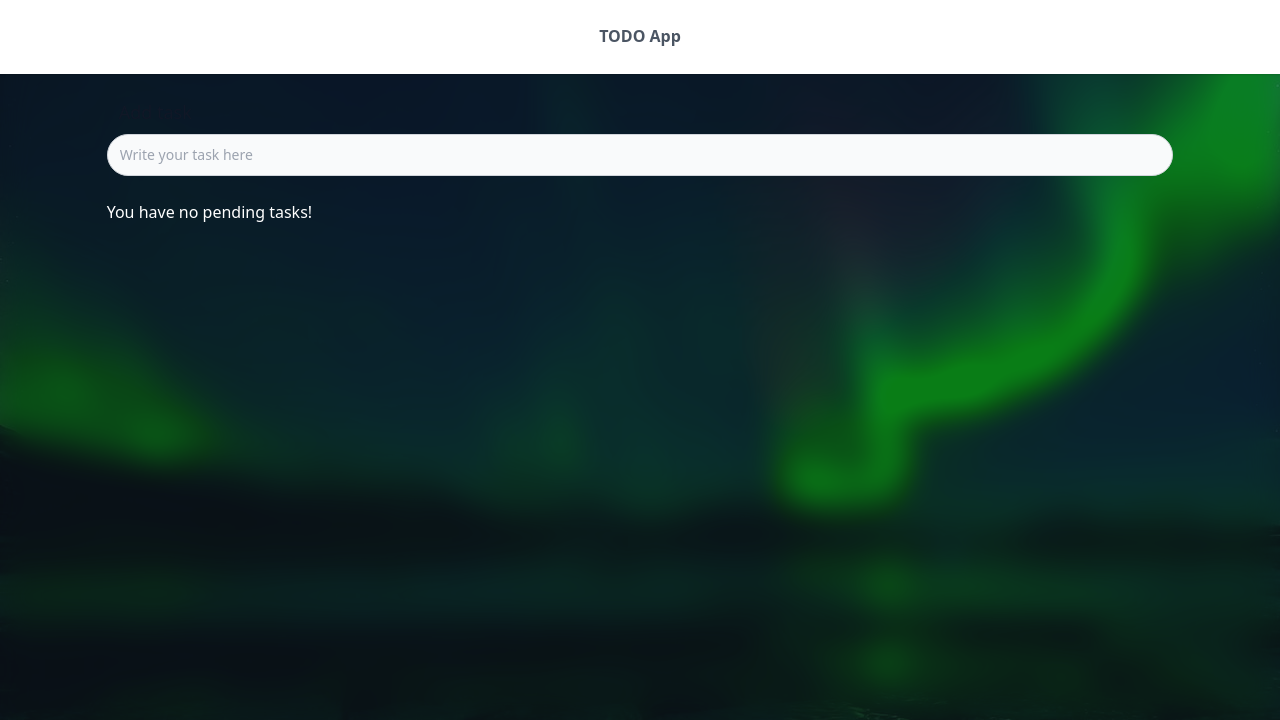
Repository: mikelCabezas/angular-exercices
Page: / (app in TODO/)
These files come from the project's save history. The page is drawn as it stood at one moment and after the next save; the edit follows.
The browser window is 1280 px wide. The pictures show the whole page.
The project was rebuilt for these pictures with package versions that can differ from the ones it lists, and the page was loaded fresh each time. Some packages were replaced by stand-ins written for this rebuild. Also part of the build but not shown: TODO/angular.json.

Above is the page before, as saved 2023-09-14 23:30:05.

### TODO/src/index.html
<!doctype html>
<html lang="en">
    <head>
        <meta charset="utf-8">
        <title>TODO</title>
        <base href="/">
        <meta name="viewport" content="width=device-width, initial-scale=1">
        <link rel="icon" type="image/x-icon" href="favicon.ico">
        <link rel="stylesheet" href="https://fonts.googleapis.com/css2?family=Material+Symbols+Rounded:opsz,wght,FILL,GRAD@20..48,100..700,0..1,-50..200">
    </head>
    <body>
        <app-root></app-root>
    </body>
</html>

### TODO/src/styles.css
@tailwind base;
@tailwind components;
@tailwind utilities;

body {
    background-image: url('./assets/boreal-sky.jpeg');
}

### TODO/src/app/app.module.ts
import { NgModule } from '@angular/core';
import { BrowserModule } from '@angular/platform-browser';
import { FormsModule } from '@angular/forms';

import { AppComponent } from './app.component';
import { NavbarComponent } from './components/navbar/navbar.component';
import { TasksComponent } from './components/tasks/tasks.component';

@NgModule({
  declarations: [
    AppComponent,
    NavbarComponent,
    TasksComponent
  ],
  imports: [
    BrowserModule,
    FormsModule
  ],
  providers: [],
  bootstrap: [AppComponent]
})
export class AppModule { }

### TODO/src/app/app.component.ts
import { Component } from '@angular/core';

@Component({
  selector: 'app-root',
  templateUrl: './app.component.html',
  styleUrls: ['./app.component.css']
})
export class AppComponent {
  title = 'TODO';
}

### TODO/src/app/components/tasks/tasks.component.ts
import { Component, OnInit } from '@angular/core';
import { Task } from 'src/app/models/Task';

@Component({
  selector: 'app-tasks',
  templateUrl: './tasks.component.html',
  styleUrls: ['./tasks.component.css']
})
export class TasksComponent implements OnInit {

  tasksList: Task[] = []
  taskName = ''

  constructor() { }

  ngOnInit(): void {

  }

  addTask() {
    const task: Task = {
      name: this.taskName,
      status: false
    }

    this.tasksList.push(task)
    this.taskName = ''
  }

  deleteTask(index: number): void {
    this.tasksList.splice(index, 1)
  }

  updateTask(task: Task, index: number) {
    this.tasksList[index].status = !task.status
  }
}

### TODO/src/app/app.component.html
<div class="root min-w-screen min-h-screen bg-gray-900Z bg-[#11192890] backdrop-saturate-200 backdrop-blur-lg">
    <app-navbar/>
    <app-tasks/>
</div>

### TODO/src/app/components/navbar/navbar.component.html
<nav class="bg-white shadow dark:bg-gray-800">
    <div class="container flex items-center justify-center p-6 mx-auto text-gray-600 capitalize dark:text-gray-300">
        <a href="#" class="border-b-2 border-transparent hover:text-gray-800 dark:hover:text-gray-200 hover:border-blue-500 mx-1.5 sm:mx-6 font-bold">
            TODO App
        </a>
    </div>
</nav>

### TODO/src/app/components/tasks/tasks.component.html
<div class="container flex justify-center w-full mx-auto">
    <div class="row w-full">
        <div class="form w-10/12 mx-auto mt-6">
            <label for="first_name" class="block mb-2 text-lg pl-3 font-medium text-gray-900 dark:text-white">Add task</label>
            <input
                [(ngModel)]="taskName"
                (keyup.enter)="addTask()"
                type="text"
                id="first_name"
                class="bg-gray-50 border border-gray-300 text-gray-900 text-sm rounded-full focus:ring-blue-500 focus:border-blue-500 block w-full px-3 py-2.5 dark:bg-gray-700 dark:border-gray-600 dark:placeholder-gray-400 dark:text-white dark:focus:ring-blue-500 dark:focus:border-blue-500"
                placeholder="Write your task here"
                required
            >
        </div>
        <div *ngIf="tasksList.length === 0" class="form w-10/12 mx-auto mt-6">
            <h3 class="text-white">You have no pending tasks!</h3>
        </div>

<div *ngIf="tasksList.length > 0" class="tasks-list w-10/12 mx-auto mt-6">
    <div class="w-full text-sm font-medium text-gray-900 bg-white border border-gray-200 rounded-lg dark:bg-gray-700 dark:border-gray-600 dark:text-white">
        <p *ngFor="let task of tasksList; let i = index" class="flex align-middle items-center w-full px-4 py-2 text-white bg-blue-700 border-b border-gray-200 rounded-t-lg text-lg dark:bg-gray-800 dark:border-gray-600">
            <span [class.text-teal-600]="task.status" class="material-symbols-rounded mr-3 cursor-pointer" (click)="updateTask(task, i)"> {{task.status ? 'check_box' : 'check_box_outline_blank'}} </span>
            <span>{{ task.name }} </span>
            <span class="material-symbols-rounded ml-auto cursor-pointer" (click)="deleteTask(i)">delete</span>
        </p>
    </div>
</div>

    </div>
</div>

Loaded but not shown: TODO/src/main.ts (common file); TODO/src/app/components/navbar/navbar.component.ts (common file); TODO/tailwind.config.js (common file)

After the next save:
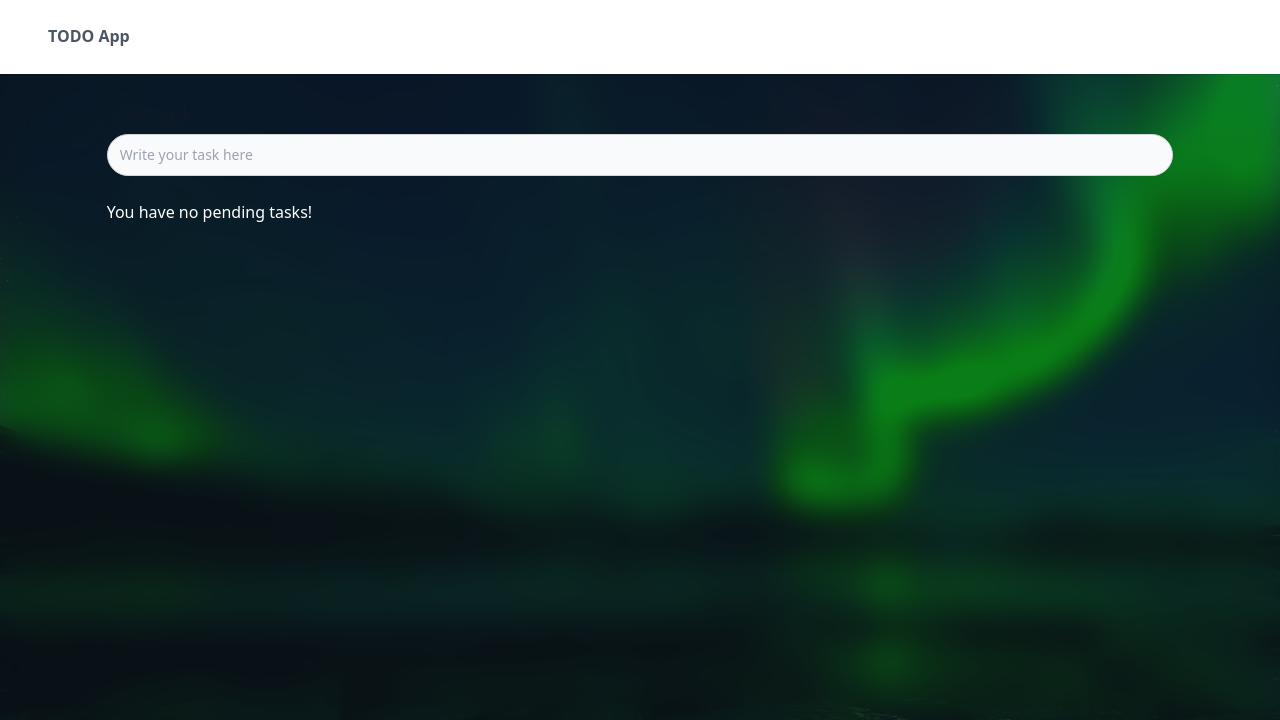
Saved 9 s later.
--- a/TODO/src/app/components/navbar/navbar.component.html
+++ b/TODO/src/app/components/navbar/navbar.component.html
@@ -1,5 +1,5 @@
 <nav class="bg-white shadow dark:bg-gray-800">
-    <div class="container flex items-center justify-center p-6 mx-auto text-gray-600 capitalize dark:text-gray-300">
+    <div class="container flex items-center  p-6 mx-auto text-gray-600 capitalize dark:text-gray-300">
         <a href="#" class="border-b-2 border-transparent hover:text-gray-800 dark:hover:text-gray-200 hover:border-blue-500 mx-1.5 sm:mx-6 font-bold">
             TODO App
         </a>
